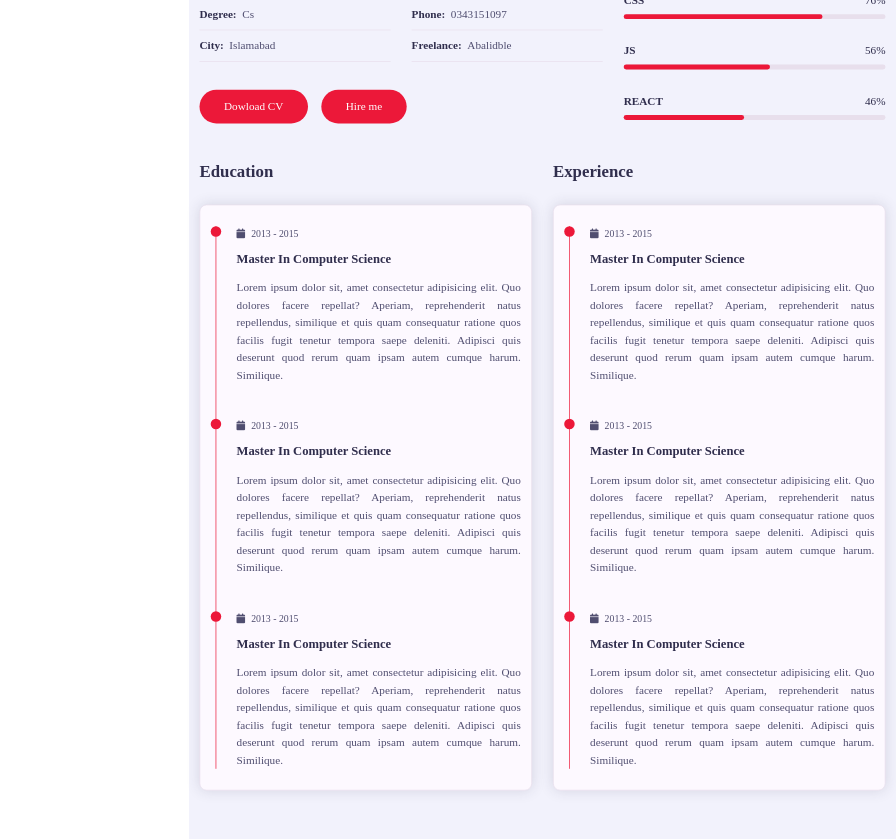
Repository: luanhoang0902/portfolio-ui
Page: index.html
These files come from the project's save history. The page is drawn as it stood at one moment and after the next save; the edit follows.
The browser window is 1280 px wide. The pictures show the part of the page from y = 1115 to 3035 px (the page is 2315 px tall before and 3035 px after), at 70% of full size.
Some web fonts or font styles are not loaded; a fallback is used. Some web libraries are served in a nearby version.

Above is the page before, as saved 2022-06-03 11:02:40.

After the next save:
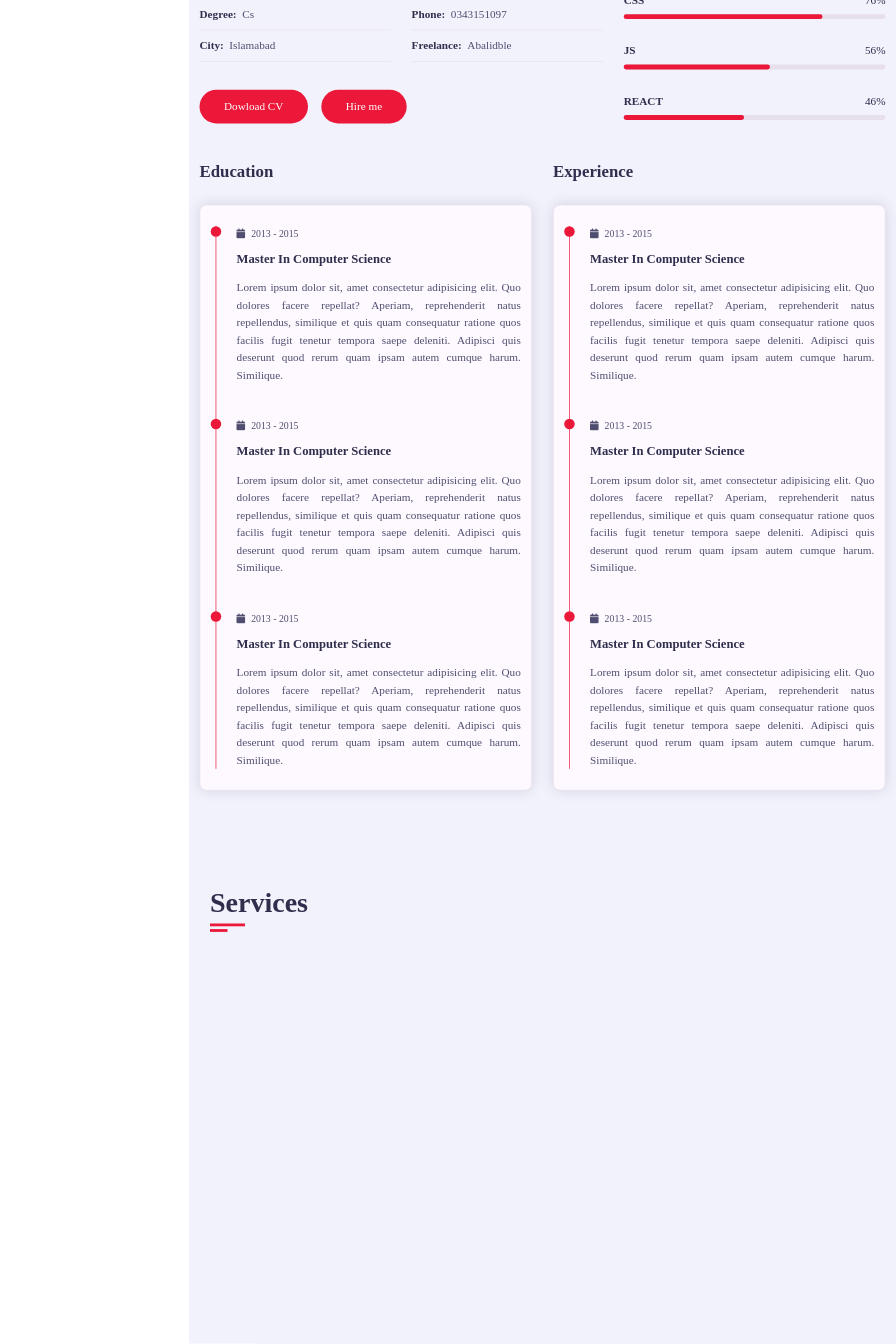
Saved 96 s later.
--- a/index.html
+++ b/index.html
@@ -302,6 +302,15 @@
         </section>
         <!--  ===== About Selection End> ===== -->
         <!--  ===== Services Selection Start> ===== -->
+        <section class="service section">
+          <div class="container">
+            <div class="row">
+              <div class="section-title padd-15">
+                <h2>Services</h2>
+              </div>
+            </div>
+          </div>
+        </section>
         <!--  ===== Services Selection End> ===== -->
       </div>
       <!--  ===== Main Content End> ===== -->
